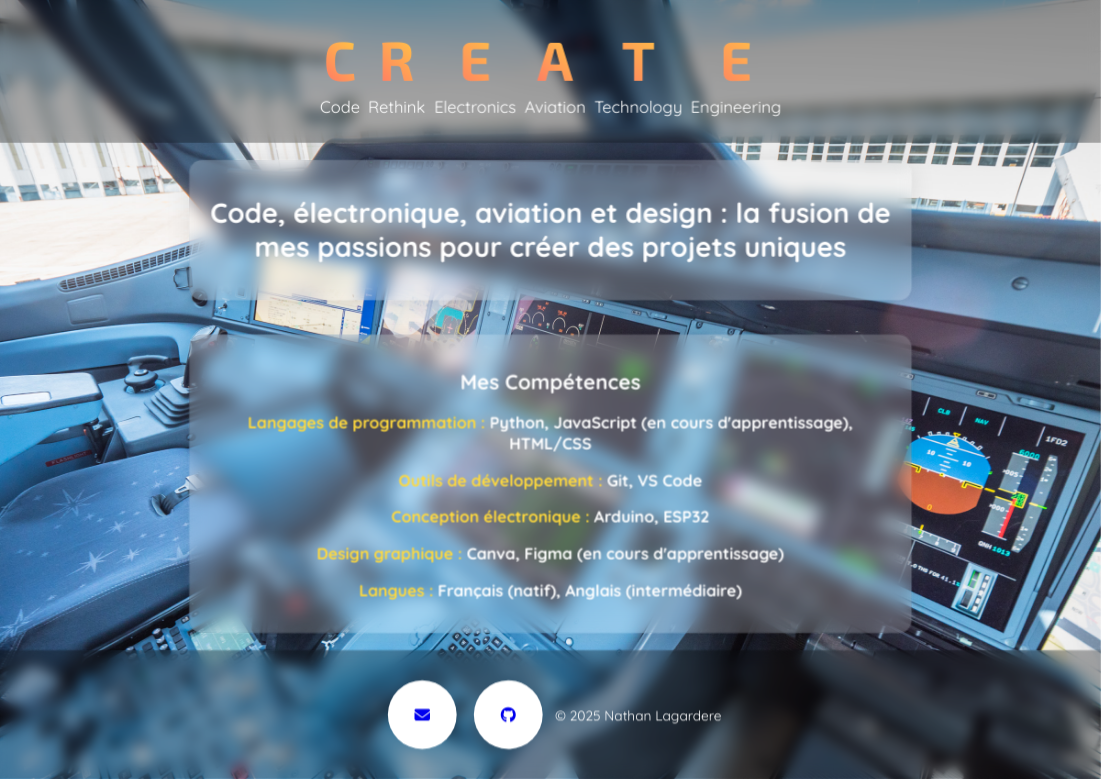
Repository: nlagardere/myportfolio
Page: index.html
The author's editor kept a copy of each file at every save. The page is drawn from the files as they stood at one save, then again after the next save.
The browser window is 1280 px wide. The pictures show the whole page, at 86% of full size.

Above is the page before, as saved 2025-09-06 10:22:15.

### index.html
<!DOCTYPE html>
<html lang="fr">
<head>
  <meta charset="UTF-8">
  <meta name="viewport" content="width=device-width, initial-scale=1.0">
  <title>Portfolio</title>

  <!-- Google Fonts -->
  <link href="https://fonts.googleapis.com/css2?family=Exo+2:wght@400;700&family=Quicksand:wght@400;700&display=swap" rel="stylesheet">
  <!-- Font Awesome -->
  <link rel="stylesheet" href="https://cdnjs.cloudflare.com/ajax/libs/font-awesome/6.5.0/css/all.min.css">

  <style>
    /* ========== BODY & LAYOUT ========== */
    body {
      font-family: 'Quicksand', sans-serif;
      margin: 0;
      padding: 0;
      min-height: 100vh;
      display: flex;
      flex-direction: column;
      background: url('a350.jpg') no-repeat center center;
      background-size: cover;
      color: #fff;
    }

    header {
      text-align: center;
      padding: 30px 20px;
      background: rgba(0,0,0,0.3);
      backdrop-filter: blur(8px);
    }

    /* ========== GLASS CARD ========== */
    .glasscard, .competences {
      background: rgba(255, 255, 255, 0.2);
      border-radius: 15px;
      padding: 20px;
      margin: 20px auto;
      max-width: 800px;
      backdrop-filter: blur(10px);
      box-shadow: 0 4px 30px rgba(0,0,0,0.1);
      text-align: center;
      animation: zoomPop 1s ease forwards;
      color: white;
    }

    .highlight {
      color: #FFD93D;
      font-weight: bold;
    }

    @keyframes zoomPop {
      0% { opacity: 0; transform: scale(0.1) translateZ(-800px); }
      60% { opacity: 1; transform: scale(1.2) translateZ(50px); }
      80% { transform: scale(0.95) translateZ(0); }
      100% { opacity: 1; transform: scale(1) translateZ(0); }
    }

    /* ========== ACRONYM ========== */
    .acronym-container {
      display: flex;
      justify-content: center;
      gap: 10px;
      flex-wrap: wrap;
      perspective: 1000px;
    }

    .letter-block {
      flex: none;
      text-align: center;
      opacity: 0;
      transform: scale(0.1) translateZ(-800px);
      animation: zoomPop 0.8s cubic-bezier(0.25, 1.5, 0.5, 1) forwards;
    }

    .letter-block:nth-child(1) { animation-delay: 0s; }
    .letter-block:nth-child(2) { animation-delay: 0.1s; }
    .letter-block:nth-child(3) { animation-delay: 0.2s; }
    .letter-block:nth-child(4) { animation-delay: 0.3s; }
    .letter-block:nth-child(5) { animation-delay: 0.4s; }
    .letter-block:nth-child(6) { animation-delay: 0.5s; }

    .letter-block .letter {
      font-size: 4em;
      font-weight: bold;
      font-family: 'Exo 2', sans-serif;
      background: linear-gradient(45deg, #FF6B6B, #FFD93D);
      -webkit-background-clip: text;
      -webkit-text-fill-color: transparent;
      transition: filter 0.2s;
    }

    .letter-block .letter:hover {
      filter: brightness(1.2);
    }

    .letter-block .desc {
      font-size: 1.2em;
      margin-top: 5px;
    }

    /* ========== SOCIAL ICONS ========== */
    .wrapper {
      display: inline-flex;
      justify-content: center;
      list-style: none;
      padding: 20px 0;
      margin: 0 auto;
    }

    .wrapper .icon {
      position: relative;
      background: #ffffff;
      border-radius: 50%;
      padding: 15px;
      margin: 0 10px;
      width: 50px;
      height: 50px;
      font-size: 18px;
      display: flex;
      justify-content: center;
      align-items: center;
      cursor: pointer;
      transition: all 0.2s cubic-bezier(0.68, -0.55, 0.265, 1.55);
    }

    .wrapper .tooltip {
      position: absolute;
      bottom: 100%;
      left: 50%;
      transform: translateX(-50%) translateY(-10px);
      font-size: 14px;
      background: #333;
      color: #fff;
      padding: 5px 8px;
      border-radius: 5px;
      opacity: 0;
      pointer-events: none;
      white-space: nowrap;
      transition: all 0.3s cubic-bezier(0.68, -0.55, 0.265, 1.55);
      z-index: 10;
    }

    .wrapper .tooltip::before {
      content: "";
      position: absolute;
      top: 100%;
      left: 50%;
      transform: translateX(-50%) rotate(45deg);
      width: 8px;
      height: 8px;
      background: #333;
    }

    .wrapper .icon:hover .tooltip {
      opacity: 1;
      pointer-events: auto;
      transform: translateX(-50%) translateY(-15px);
    }

    .wrapper .mail:hover,
    .wrapper .mail:hover .tooltip,
    .wrapper .mail:hover .tooltip::before {
      background: #00CED1;
      color: #fff;
    }

    .wrapper .github:hover,
    .wrapper .github:hover .tooltip,
    .wrapper .github:hover .tooltip::before {
      background: #333333;
      color: #fff;
    }

    /* ========== FOOTER ========== */
    .footer{
      text-align: center;
      padding: 15px 20px;
      background: rgba(0,0,0,0.3);
      backdrop-filter: blur(8px);
      color: white;
      margin-top: auto; /* ça force le footer en bas */

    }

    /* ========== RESPONSIVE ========== */
    @media (max-width: 600px) {
      .letter-block .letter {
        font-size: 2.5em;
      }
    }

  </style>
</head>
<body>
  <header>
    <div class="acronym-container">
      <div class="letter-block">
        <div class="letter">C</div>
        <div class="desc">Code</div>
      </div>
      <div class="letter-block">
        <div class="letter">R</div>
        <div class="desc">Rethink</div>
      </div>
      <div class="letter-block">
        <div class="letter">E</div>
        <div class="desc">Electronics</div>
      </div>
      <div class="letter-block">
        <div class="letter">A</div>
        <div class="desc">Aviation</div>
      </div>
      <div class="letter-block">
        <div class="letter">T</div>
        <div class="desc">Technology</div>
      </div>
      <div class="letter-block">
        <div class="letter">E</div>
        <div class="desc">Engineering</div>
      </div>
    </div>
  </header>

  <div class="glasscard">
    <h1>Code, électronique, aviation et design : la fusion de mes passions pour créer des projets uniques</h1>
  </div>

  <div class="competences">
    <h2>Mes Compétences</h2>
    <h3><span class="highlight">Langages de programmation :</span> Python, JavaScript (en cours d'apprentissage), HTML/CSS</h3>
    <h3><span class="highlight">Outils de développement :</span> Git, VS Code</h3>
    <h3><span class="highlight">Conception électronique :</span> Arduino, ESP32</h3>
    <h3><span class="highlight">Design graphique :</span> Canva, Figma (en cours d'apprentissage)</h3>
    <h3><span class="highlight">Langues :</span> Français (natif), Anglais (intermédiaire)</h3>
  </div>

  <div calss="projects">

  </div>




  <div class="footer">
    <ul class="wrapper">
      <li class="icon mail">
        <a href="mailto:nathan.lagardere@gmail.com" target="_blank">
          <span class="tooltip">Mail</span>
          <i class="fas fa-envelope"></i>
        </a>
      </li>
      <li class="icon github">
        <a href="https://github.com/nlagardere" target="_blank">
          <span class="tooltip">Github</span>
          <i class="fab fa-github"></i>
        </a>
      </li>
    </ul>
    © 2025 Nathan Lagardere
  </div>
</body>
</html>

After the next save:
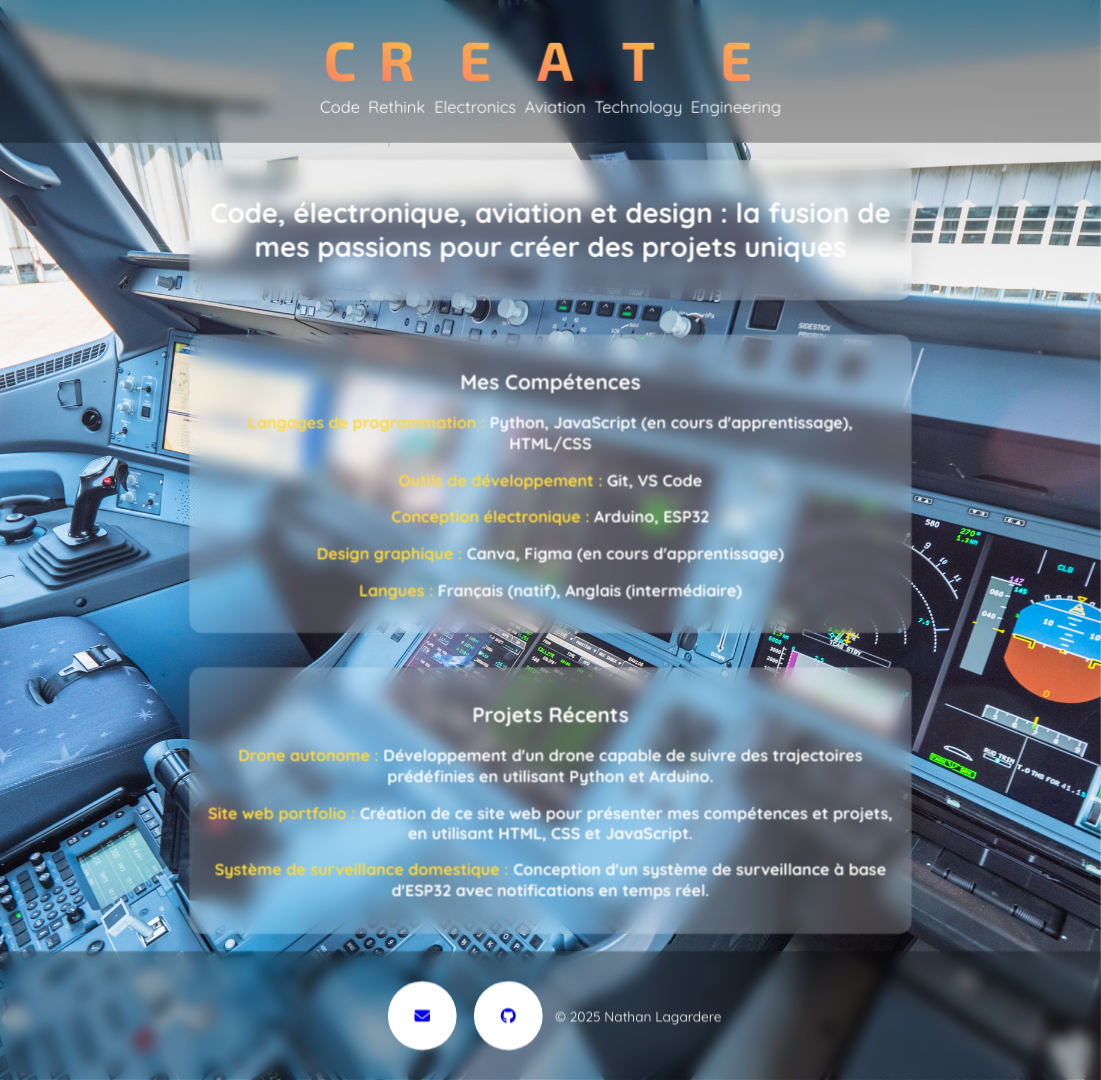
Saved 1 s later.
--- a/index.html
+++ b/index.html
@@ -237,7 +237,12 @@
   </div>
 
   <div calss="projects">
-
+    <div class="glasscard">
+      <h2>Projets Récents</h2>
+      <h3><span class="highlight">Drone autonome :</span> Développement d'un drone capable de suivre des trajectoires prédéfinies en utilisant Python et Arduino.</h3>
+      <h3><span class="highlight">Site web portfolio :</span> Création de ce site web pour présenter mes compétences et projets, en utilisant HTML, CSS et JavaScript.</h3>
+      <h3><span class="highlight">Système de surveillance domestique :</span> Conception d'un système de surveillance à base d'ESP32 avec notifications en temps réel.</h3>
+    </div>
   </div>
 
 
